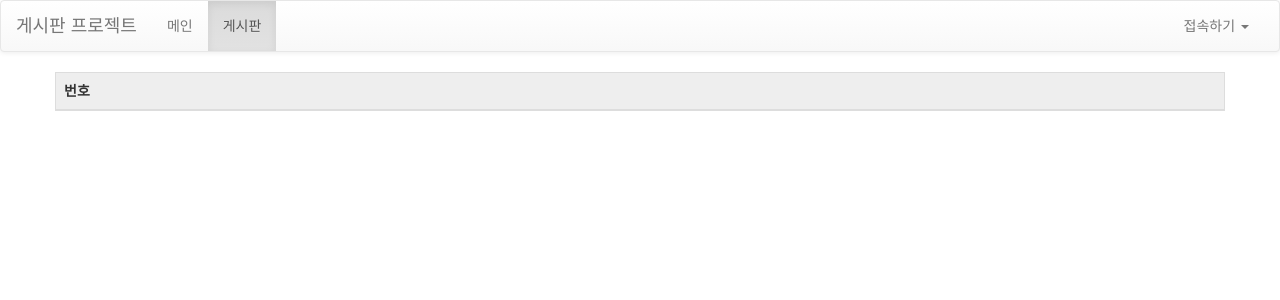
Repository: Seok7975/JSP-Education
Page: http://localhost/BBS/bbs.jsp
An editor plug-in stored every save of this project. The page is shown before and after the next save, followed by the edit.
The browser window is 1280 px wide. The pictures show the whole page.
Some web libraries are served in a nearby version. The page is served by Tomcat 9.

Above is the page before, as saved 2024-06-05 08:05:15.

After the next save:
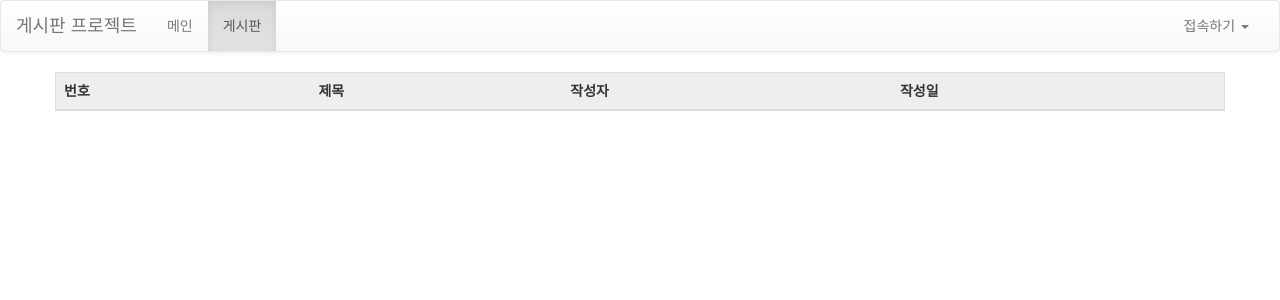
Saved 27 s later.
--- a/List_Projects/BBS/src/main/webapp/bbs.jsp
+++ b/List_Projects/BBS/src/main/webapp/bbs.jsp
@@ -76,6 +76,10 @@
 			<thead>
 				<tr>
 					<th style="background-color: #eeeeee"; text-align: center;">번호</th>
+					<th style="background-color: #eeeeee"; text-align: center;">제목</th>
+					<th style="background-color: #eeeeee"; text-align: center;">작성자</th>
+					<th style="background-color: #eeeeee"; text-align: center;">작성일</th>
+				</tr>
 			</thead>
 		</div>
 	</div>
